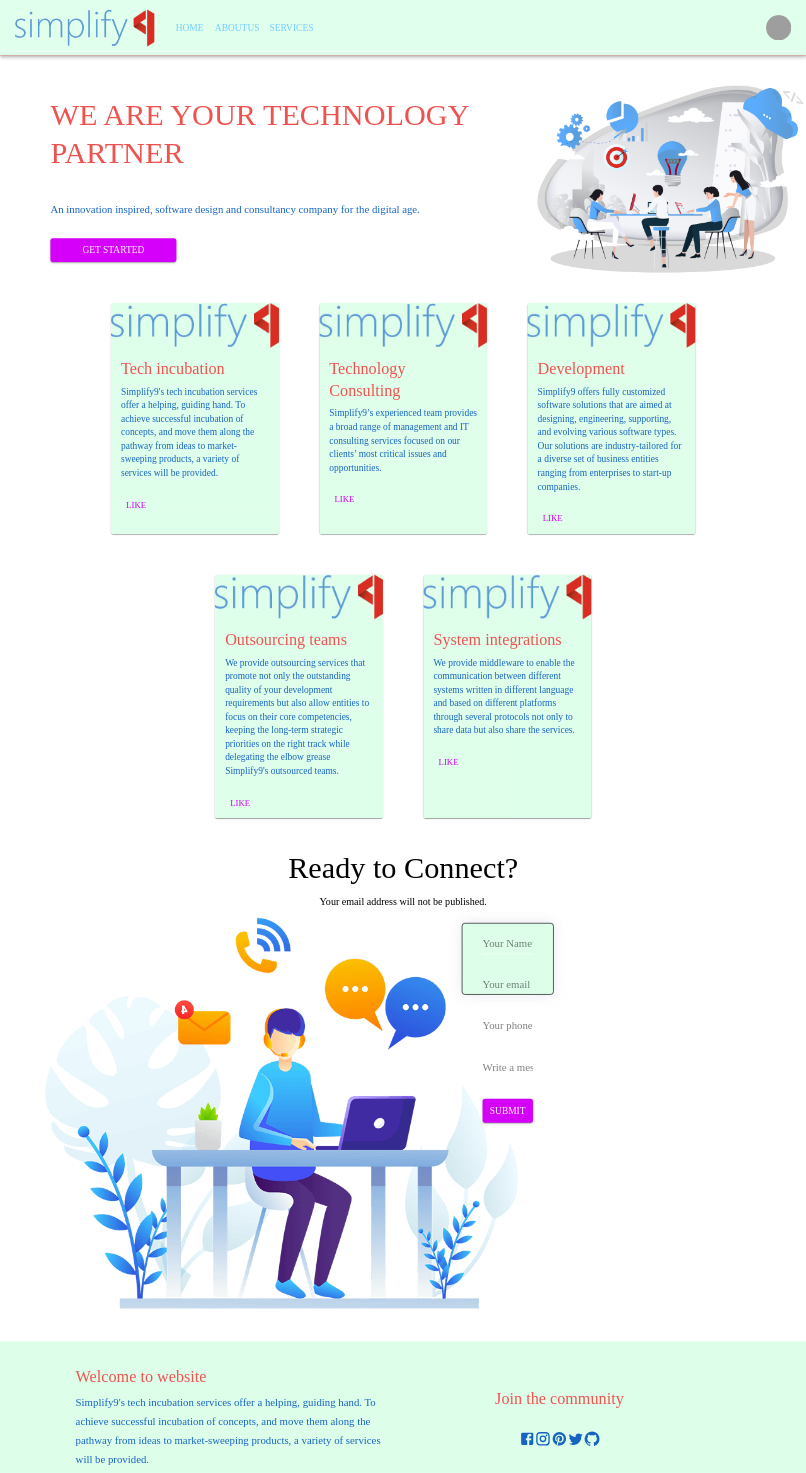
Repository: fawzi-shiyyab19/simplify
Page: /
An editor plug-in stored every save of this project. The page is shown before and after a run of saves, followed by the edit.
The browser window is 1280 px wide. The pictures show the whole page, at 63% of full size.
Pictures or frames that could not be fetched are drawn as grey boxes. The project was rebuilt for these pictures with package versions that can differ from the ones it lists, and the page was loaded fresh each time.

Above is the page before, as saved 2023-01-18 15:35:33.

After the next 2 saves:
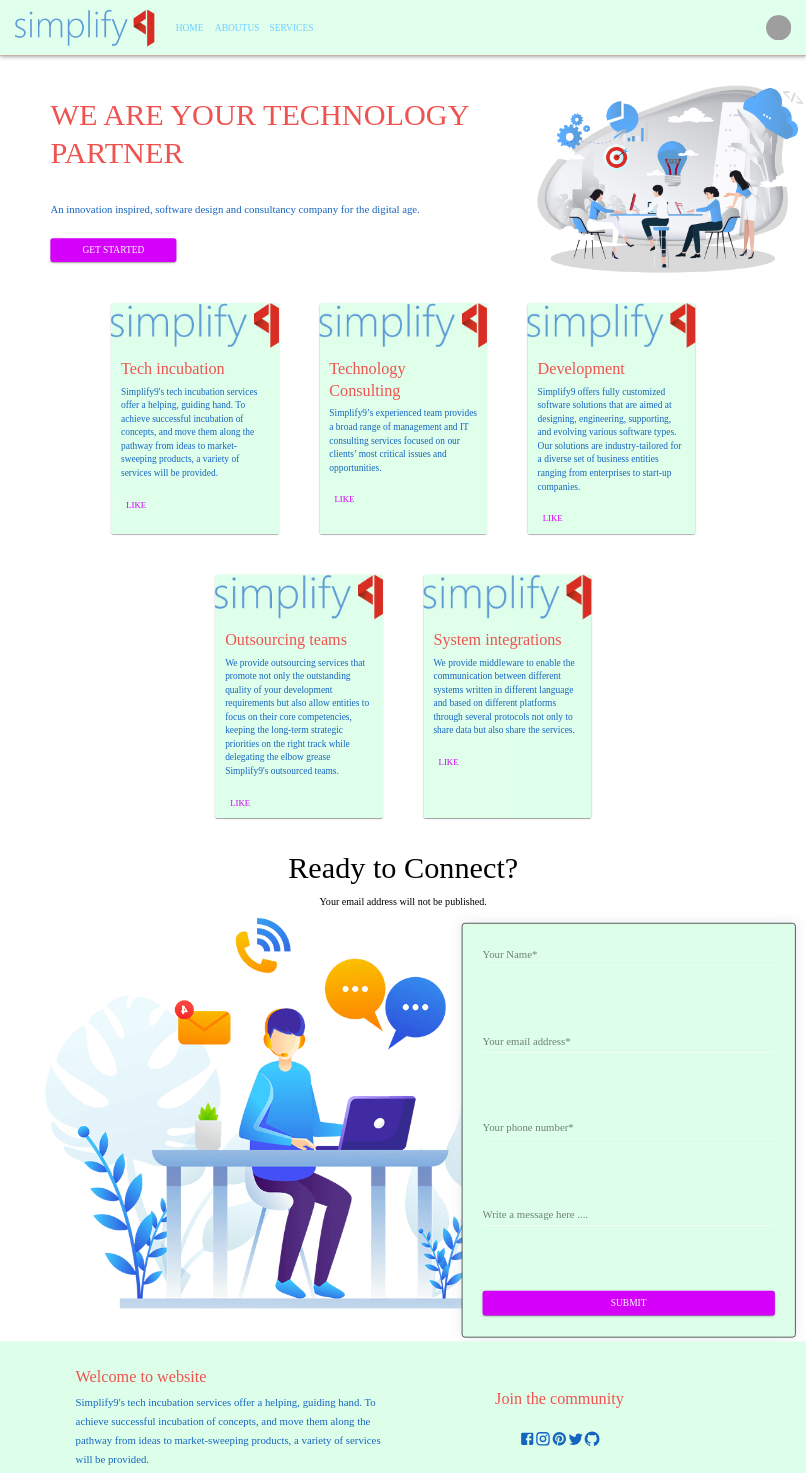
The 2 saves are shown as one change because they came seconds apart.
The last was saved 14 s later.
--- a/src/components/main/about/about.js
+++ b/src/components/main/about/about.js
@@ -9,8 +9,8 @@
   borderColor: 'text.primary',
   m: 1,
   border: 1,
-  width: '5rem',
-  height: '5rem',
+  width: '100%',
+  height: '100%',
 };
 
 
